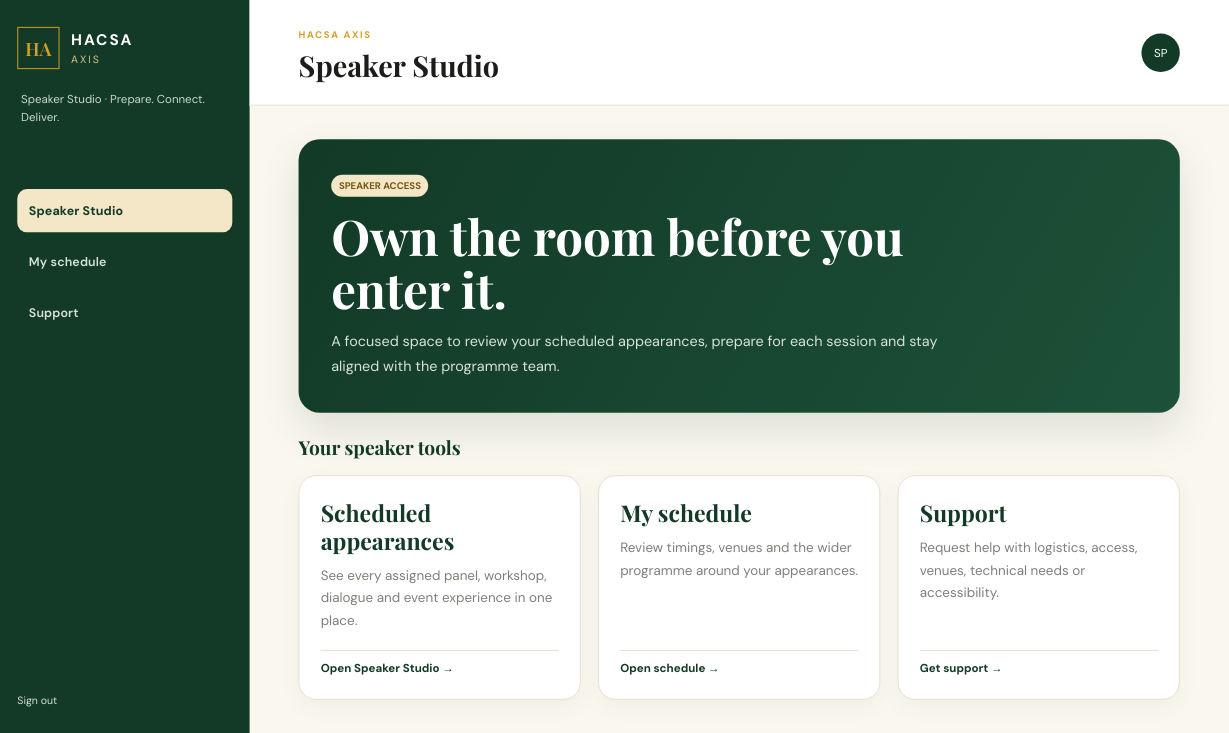
Repository: lawrencia-coder/HACSA_Axis_Participant_Speaker_v2
Page: speaker.html
The author's editor kept a copy of each file at every save. The page is drawn from the files as they stood at one save, then again after the next save.
The browser window is 1280 px wide. The pictures show the whole page, at 96% of full size.

Above is the page before, as saved 2026-09-17 13:28:18.

### speaker.html
<!DOCTYPE html>
<html lang="en">
<head>
  <meta charset="UTF-8">
  <meta name="viewport" content="width=device-width, initial-scale=1.0">
  <meta name="description" content="HACSA Axis speaker studio">
  <title>HACSA Axis | Speaker Studio</title>
  <link rel="preconnect" href="https://fonts.googleapis.com">
  <link href="https://fonts.googleapis.com/css2?family=DM+Sans:wght@400;500;600;700&family=Playfair+Display:wght@600;700&display=swap" rel="stylesheet">
  <link rel="stylesheet" href="styles.css">
  <style>
    .role-page{min-height:100vh;background:var(--cream)}
    .role-nav{display:grid;gap:8px;margin-top:30px}
    .brand-link{display:flex;align-items:center;gap:12px;text-decoration:none;color:#fff}
    .role-nav a{color:#d8e2d9;text-decoration:none;padding:14px 12px;border-radius:10px;font-size:13px;font-weight:600;letter-spacing:.01em;display:block;transition:all .2s ease}
    .role-nav a.active,.role-nav a:hover{background:#f3e7c8;color:var(--green);font-weight:700}
    .workspace-banner{background:linear-gradient(120deg, #123a26 0%, #1d5138 100%);color:#fff;border-radius:22px;padding:36px 34px;box-shadow:0 18px 42px rgba(18,58,38,.12);margin-bottom:22px}
    .workspace-banner h2{font-family:'Playfair Display',serif;font-size:clamp(2.2rem,4vw,3.5rem);line-height:1.08;margin:14px 0 12px;max-width:620px}
    .workspace-banner p{color:#d8e2d9;max-width:680px;line-height:1.75;font-size:15px;margin:0}
    .section-head{margin:18px 0 16px}
    .section-head h3{margin:0;font-size:1.25rem;color:var(--green);font-family:'Playfair Display',serif}
    .grid{display:grid;grid-template-columns:repeat(3,minmax(0,1fr));gap:18px;margin-top:8px}
    .role-card{background:#fff;border:1px solid var(--line);border-radius:18px;padding:24px 22px;display:flex;flex-direction:column;justify-content:space-between;min-height:220px;box-shadow:0 8px 24px rgba(18,58,38,.04)}
    .role-card h3{margin:0 0 10px;font-size:1.5rem;line-height:1.2;color:var(--green);font-family:'Playfair Display',serif}
    .role-card p{color:var(--muted);font-size:14px;line-height:1.7;margin:0 0 18px}
    .role-link{display:inline-block;color:var(--green);font-size:12px;font-weight:700;text-decoration:none;margin-top:auto;padding-top:10px;border-top:1px solid var(--line);width:100%}
    .role-link:hover{text-decoration:underline}
    @media(max-width:900px){.sidebar{position:static;width:100%;min-height:auto}.app-shell{display:block}.content{padding:25px 20px}.sidebar-bottom{margin-top:25px}.topbar{padding:20px}.menu{display:none}.grid{grid-template-columns:1fr}}
  </style>
</head>
<body class="role-page">
  <div class="app-shell">
    <aside class="sidebar">
      <a class="brand-link" href="index.html?role=speaker&view=dashboard">
        <div class="brand"><div class="brand-mark">HA</div><div><strong>HACSA</strong><span>AXIS</span></div></div>
      </a>
      <p class="sidebar-caption">Speaker Studio · Prepare. Connect. Deliver.</p>
      <nav class="role-nav">
        <a class="active" href="index.html?role=speaker&view=speaker">Speaker Studio</a>
        <a href="index.html?role=speaker&view=schedule">My schedule</a>
        <a href="index.html?role=speaker&view=support">Support</a>
      </nav>
      <div class="sidebar-bottom"><a href="signin.html">Sign out</a></div>
    </aside>
    <main class="main">
      <header class="topbar"><div><span class="eyebrow">HACSA AXIS</span><h1>Speaker Studio</h1></div><div class="top-actions"><button class="avatar" aria-label="Speaker profile">SP</button></div></header>
      <section class="content">
        <div class="workspace-banner">
          <span class="tag">SPEAKER ACCESS</span>
          <h2>Own the room before you enter it.</h2>
          <p>A focused space to review your scheduled appearances, prepare for each session and stay aligned with the programme team.</p>
        </div>

        <div class="section-head">
          <h3>Your speaker tools</h3>
        </div>

        <div class="grid">
          <article class="role-card">
            <div>
              <h3>Scheduled appearances</h3>
              <p>See every assigned panel, workshop, dialogue and event experience in one place.</p>
            </div>
            <a class="role-link" href="index.html?role=speaker&amp;view=speaker">Open Speaker Studio →</a>
          </article>

          <article class="role-card">
            <div>
              <h3>My schedule</h3>
              <p>Review timings, venues and the wider programme around your appearances.</p>
            </div>
            <a class="role-link" href="index.html?role=speaker&amp;view=schedule">Open schedule →</a>
          </article>

          <article class="role-card">
            <div>
              <h3>Support</h3>
              <p>Request help with logistics, access, venues, technical needs or accessibility.</p>
            </div>
            <a class="role-link" href="index.html?role=speaker&amp;view=support">Get support →</a>
          </article>
        </div>
      </section>
    </main>
  </div>
</body>
</html>

Loaded but not shown: styles.css (library)

After the next save:
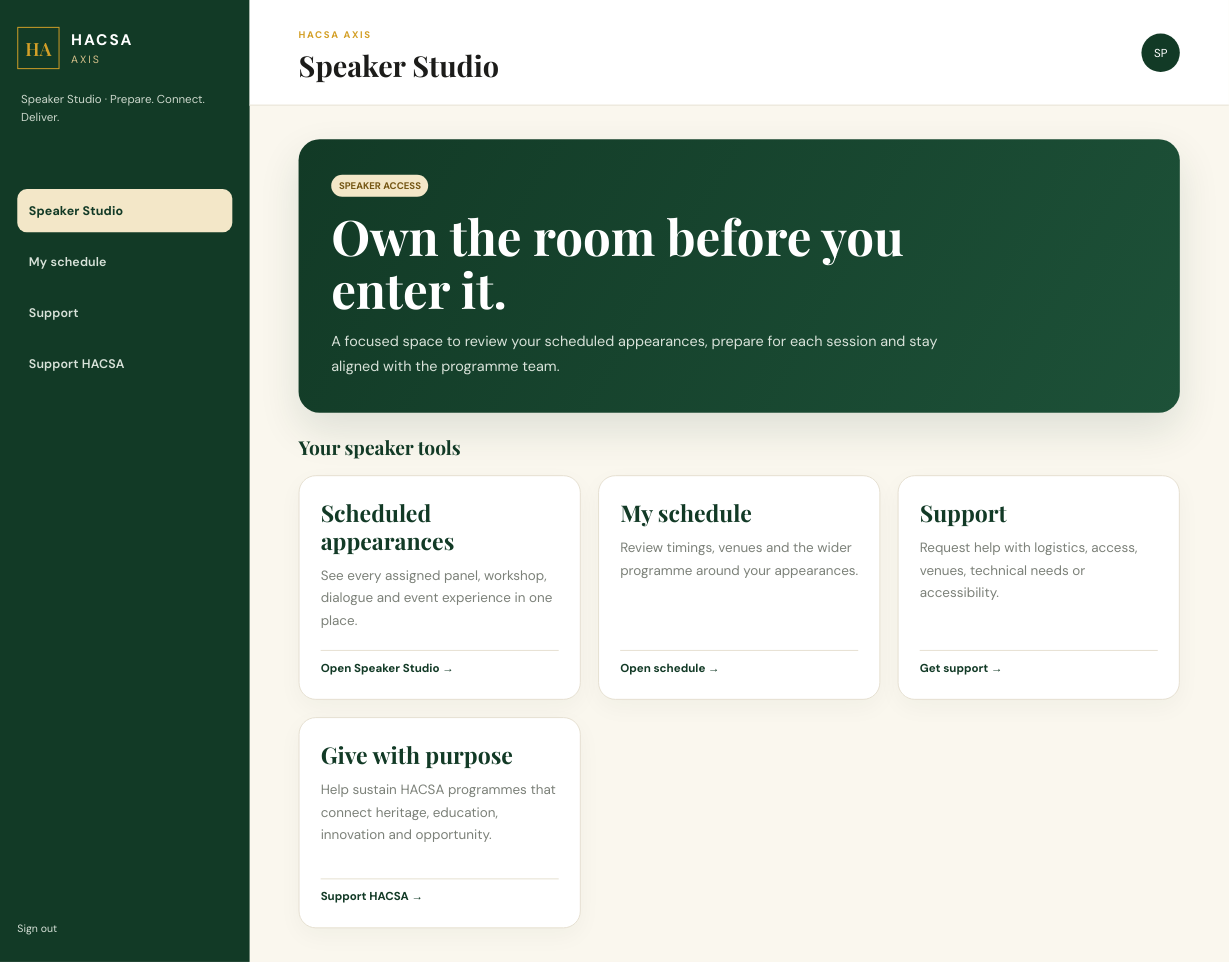
Saved 3 s later.
--- a/speaker.html
+++ b/speaker.html
@@ -39,6 +39,7 @@
         <a class="active" href="index.html?role=speaker&view=speaker">Speaker Studio</a>
         <a href="index.html?role=speaker&view=schedule">My schedule</a>
         <a href="index.html?role=speaker&view=support">Support</a>
+        <a href="index.html?role=speaker&view=donate">Support HACSA</a>
       </nav>
       <div class="sidebar-bottom"><a href="signin.html">Sign out</a></div>
     </aside>
@@ -79,6 +80,14 @@
             </div>
             <a class="role-link" href="index.html?role=speaker&amp;view=support">Get support →</a>
           </article>
+
+          <article class="role-card">
+            <div>
+              <h3>Give with purpose</h3>
+              <p>Help sustain HACSA programmes that connect heritage, education, innovation and opportunity.</p>
+            </div>
+            <a class="role-link" href="index.html?role=speaker&amp;view=donate">Support HACSA →</a>
+          </article>
         </div>
       </section>
     </main>
